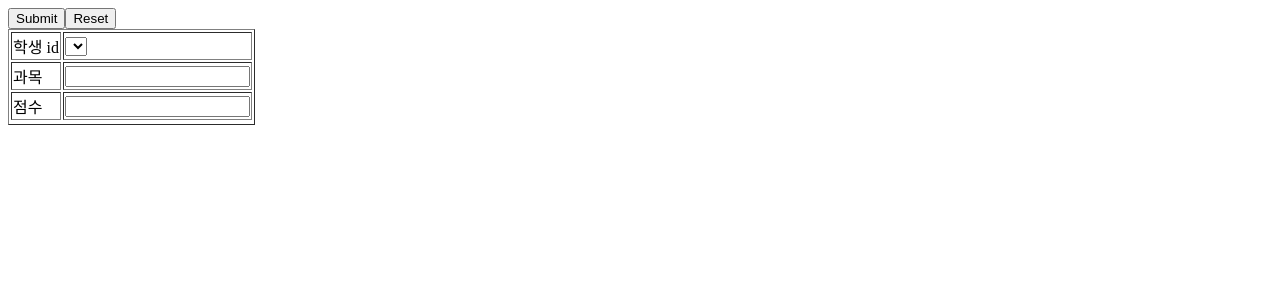
Repository: SynCROSS/jsp-example
Page: http://localhost/jsp-example/example3.jsp
An editor plug-in stored every save of this project. The page is shown before and after the next save, followed by the edit.
The browser window is 1280 px wide. The pictures show the whole page.
The page is served by Tomcat 9. Queries for data that is not in the repository find no rows.

Above is the page before, as saved 2020-11-27 00:13:57.

### jsp-example/WebContent/example3.jsp
<%@ page language="java" contentType="text/html; charset=UTF-8"
	pageEncoding="UTF-8"%>

<%@ page import="java.sql.*"%>

<table border="1">
	<form action="action/insert.jsp">
		<%
			try {
			Class.forName("oracle.jdbc.OracleDriver");
			Connection conn = DriverManager.getConnection("jdbc:oracle:thin:@//122.128.169.32:1521/xe", "smc_user_4", "1234");

			Statement stmt = conn.createStatement();
			String query = " SELECT " + " id " + " FROM " + " student ";
			ResultSet rs = stmt.executeQuery(query);
		%>
		<tr>
			<td>학생 id</td>
			<td><select name="id">
					<%
						while (rs.next()) {
					%>
					<option value="<%=rs.getInt(1)%>"><%=rs.getInt(1)%></option>
					<%
						}
					%>
			</select></td>
		</tr>
		<tr>
			<td>과목</td>
			<td><input type="text"></td>
		</tr>
		<tr>
			<td>점수</td>
			<td><input type="number"></td>
		</tr>
		<tr colspan="2">
			<input type="submit" value="Submit">
			<input type="button" value="Reset">
		</tr>
		<%
			stmt.close();
		conn.commit();
		conn.close();
		} catch (Exception e) {
		e.printStackTrace();
		}
		%>
	</form>
</table>

After the next save:
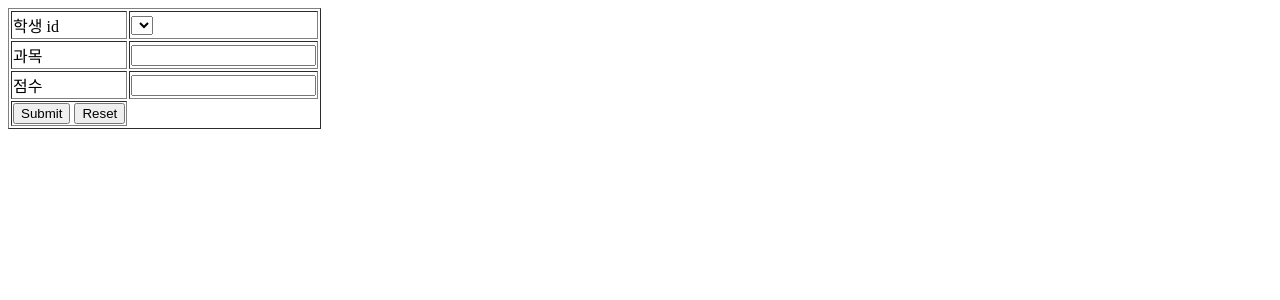
Saved 63 s later.
--- a/jsp-example/WebContent/example3.jsp
+++ b/jsp-example/WebContent/example3.jsp
@@ -35,8 +35,8 @@
 			<td><input type="number"></td>
 		</tr>
 		<tr colspan="2">
-			<input type="submit" value="Submit">
-			<input type="button" value="Reset">
+			<td><input type="submit" value="Submit"> <input
+				type="button" value="Reset"></td>
 		</tr>
 		<%
 			stmt.close();
